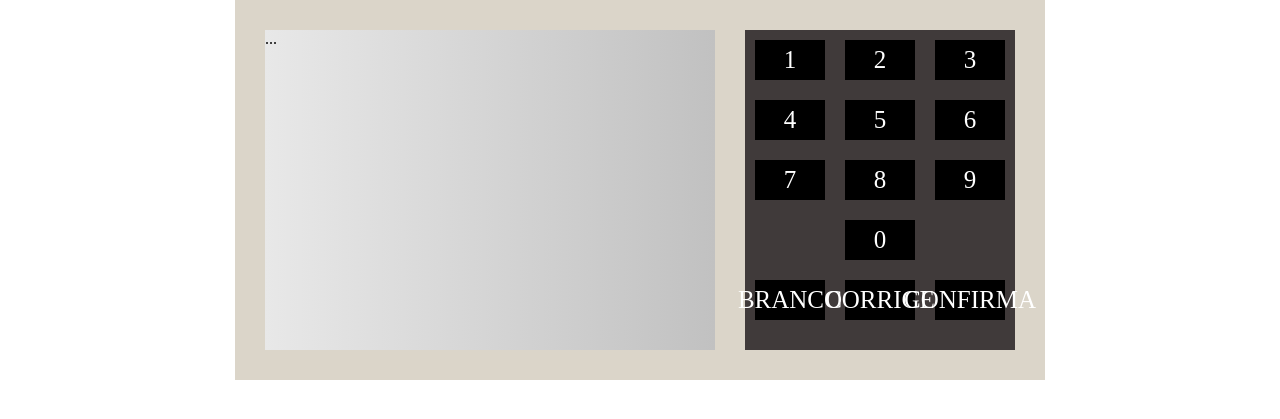
Repository: ThiagoIturra/urnaJs
Page: index.html
An editor plug-in stored every save of this project. The page is shown before and after a run of saves, followed by the edit.
The browser window is 1280 px wide. The pictures show the whole page.

Above is the page before, as saved 2022-01-05 16:02:43.

After the next 2 saves:
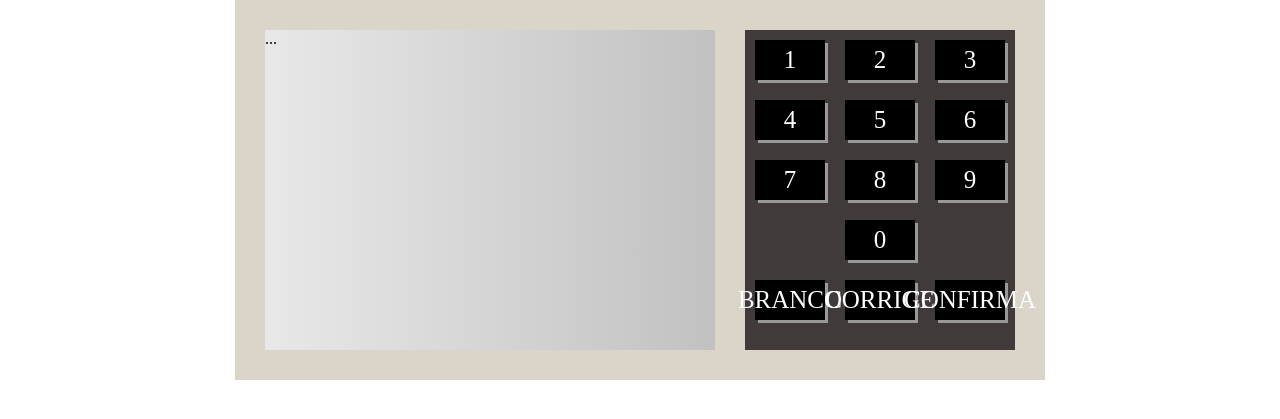
The 2 saves are shown as one change because they came seconds apart.
The last was saved 57 s later.
--- a/style.css
+++ b/style.css
@@ -38,4 +38,5 @@ body {
     align-items: center;
     margin: 10px;
     cursor: pointer;
+    box-shadow: 3px 3px 0px #999;
 }
